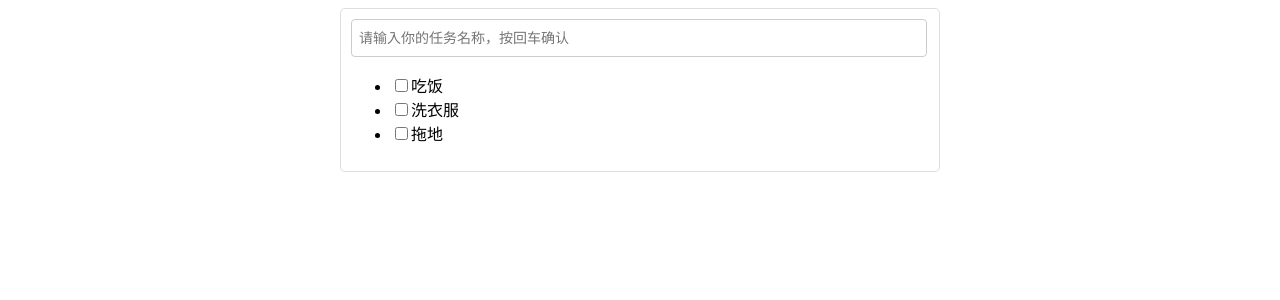
Repository: JYFlw/react
Page: / (app in react-app/)
The author's editor kept a copy of each file at every save. The page is drawn from the files as they stood at one save, then again after the next save.
The browser window is 1280 px wide. The pictures show the whole page.
The project was rebuilt for these pictures with package versions that can differ from the ones it lists, and the page was loaded fresh each time.

Above is the page before, as saved 2021-07-13 10:21:17.

After the next save:
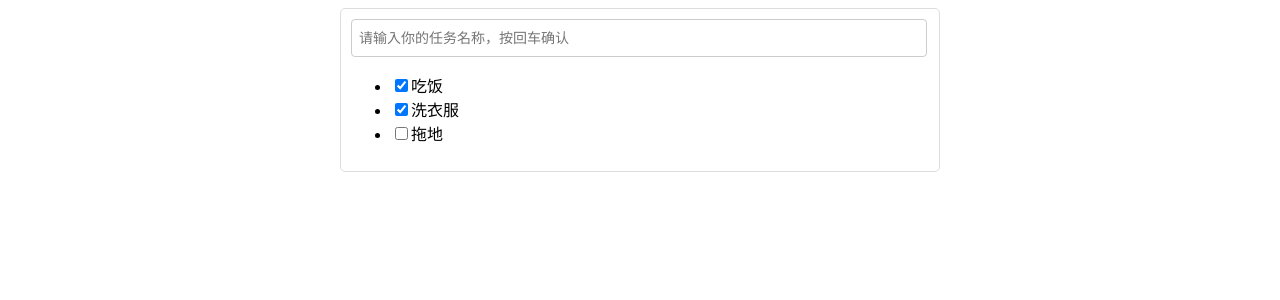
Saved 26 s later.
--- a/react-app/src/components/Item/index.jsx
+++ b/react-app/src/components/Item/index.jsx
@@ -20,7 +20,7 @@ export default class Item extends Component {
             // </li>
             <li style={{background:mouse ? '#ddd' : 'white'}} onMouseEnter={this.handleMose(true)} onMouserLeave={this.handleMose(false)}>
                 <label>
-                    <input type="checkbox" />
+                    <input type="checkbox" checked={done}/>
                     <span>{name}</span>
                 </label>
                 <button onClick={()=>this.handleDelete(id)} className='btn btn-danger' style={{display:mouse ? 'block' : 'none'}}>删除</button>
